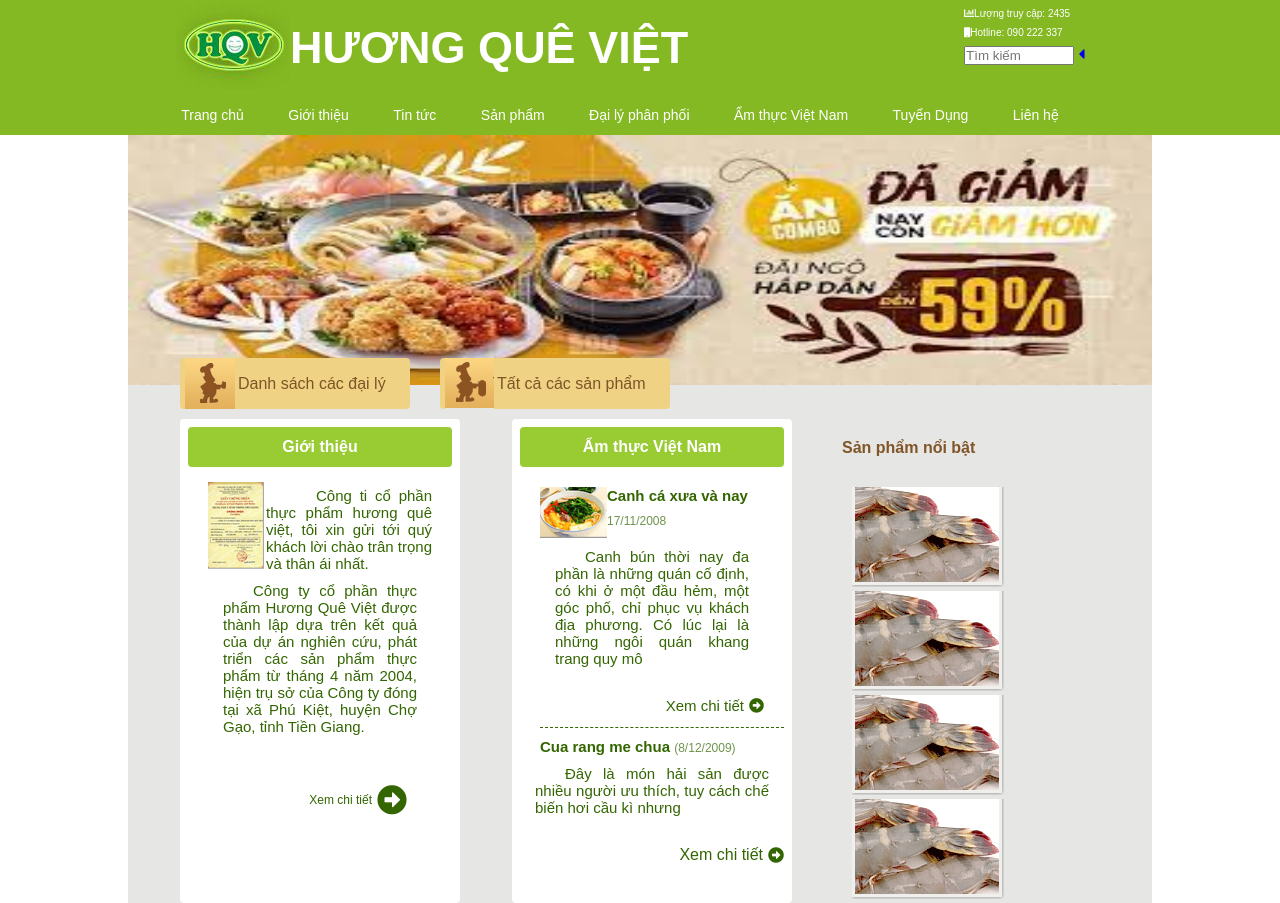
Repository: NgocTruong0701/Self_Learning
Page: html/practice/Baitapweb/index.html
These files come from the project's save history. The page is drawn as it stood at one moment and after a run of saves; the edit follows.
The browser window is 1280 px wide. The pictures show the whole page.

Above is the page before, as saved 2021-10-06 22:21:31.

After the next 2 saves:
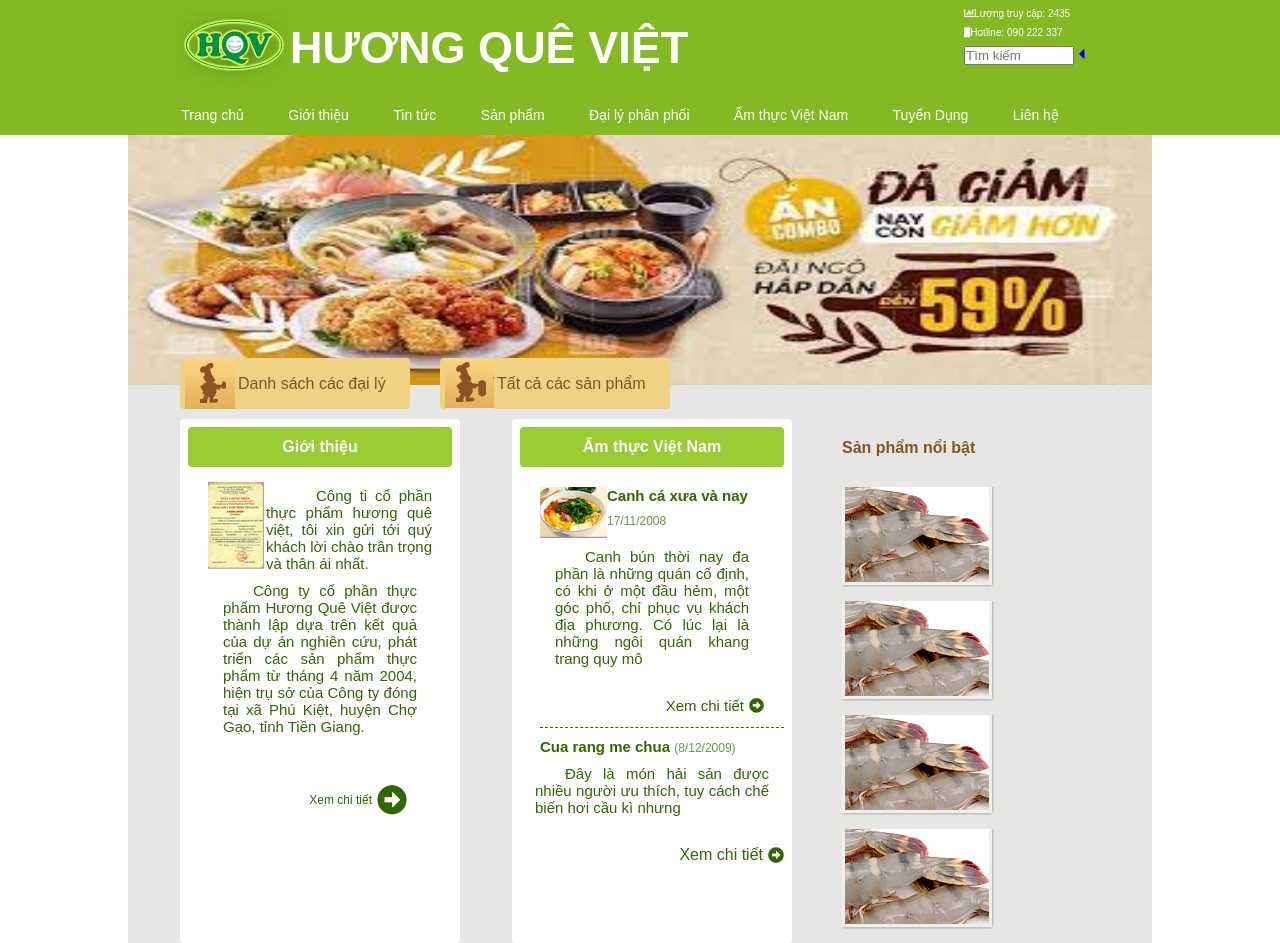
The 2 saves are shown as one change because they came seconds apart.
The last was saved 8 s later.
--- a/html/practice/Baitapweb/assets/css/styles.css
+++ b/html/practice/Baitapweb/assets/css/styles.css
@@ -275,7 +275,7 @@
 }
 
 .img-introduce{
-    margin: 0 10px ;
+    margin: 0 10px 10px 0;
 }
 /* End Container */
 
